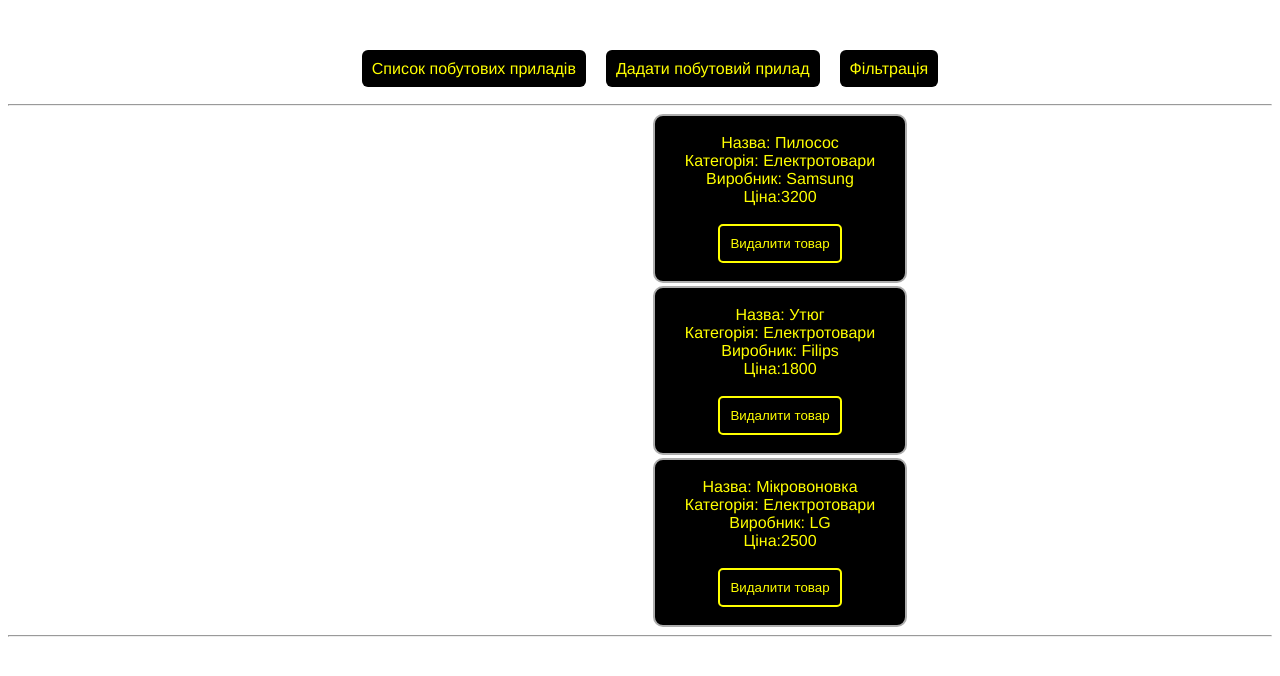
Repository: KYUUBI-K/Labs-from-2-course-
Page: /#/ (app in mkr2-v5/)
The author's editor kept a copy of each file at every save. The page is drawn from the files as they stood at one save, then again after the next save.
The browser window is 1280 px wide. The pictures show the whole page.
The project was rebuilt for these pictures with package versions that can differ from the ones it lists, and the page was loaded fresh each time. Also part of the build but not shown: mkr2-v5/src/pages/AddHouseholdGoods/index.vue, mkr2-v5/src/pages/FilterHouseholdGoods/index.vue.

Above is the page before, as saved 2021-12-21 15:36:21.

After the next save:
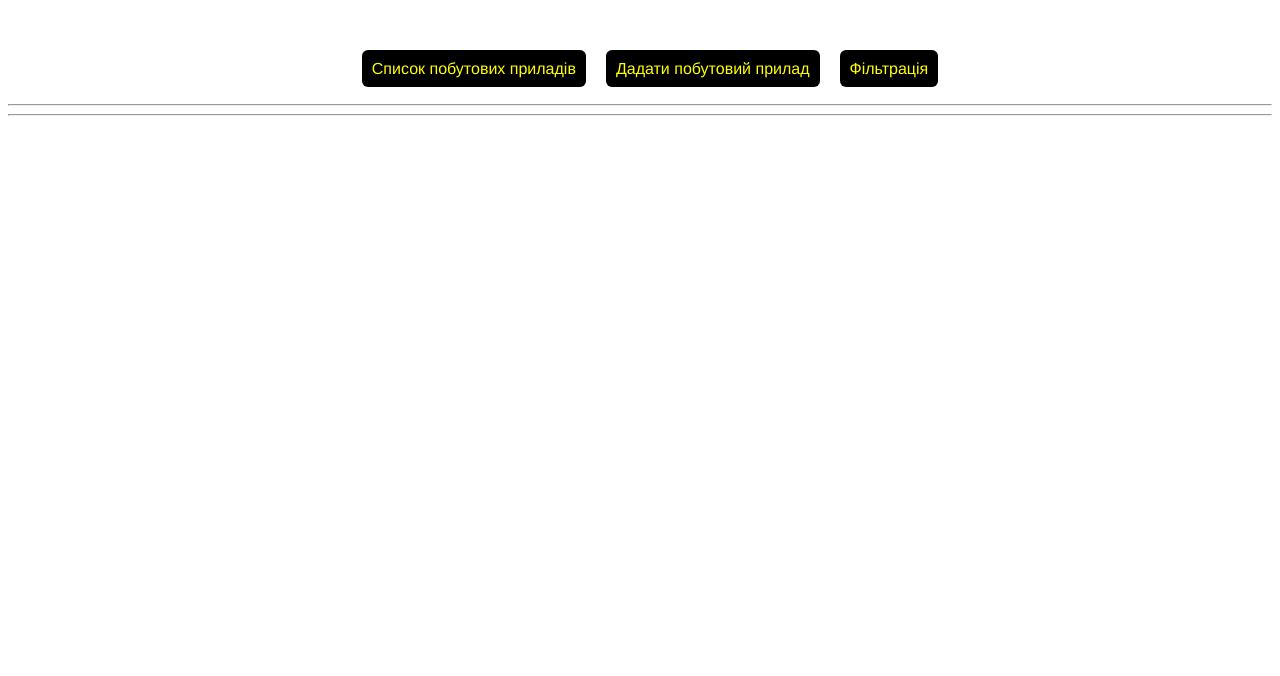
Saved 1 s later.
--- a/mkr2-v5/src/store/index.js
+++ b/mkr2-v5/src/store/index.js
@@ -5,73 +5,83 @@ Vue.use(Vuex)
 
 const store = new Vuex.Store({
     state: {
-        householdGoodsList: [
+        personList: [
             {
-                name: 'Пилосос',
-                category: 'Електротовари',
-                producer: "Samsung",
-                price: 3200
+                name: 'ПІБ',
+                addres: 'Адрес',
+                course: "Курс",
+                group: 'Група',
+                averageMark: 'Середній бал'
             },
             {
-                name: 'Утюг',
-                category: 'Електротовари',
-                producer: "Filips",
-                price: 1800
+                name: 'Дутка А.А.',
+                addres: 'с.Соломоново',
+                course: "2",
+                group: '2',
+                averageMark: '69'
             },
             {
-                name: 'Мікровоновка',
-                category: 'Електротовари',
-                producer: "LG",
-                price: 2500
+                name: 'Боднар Є.О.',
+                addres: 'м.Чоп',
+                course: "2",
+                group: '2',
+                averageMark: '79'
             },
         ],
     },
     getters: {
-        getHouseholdGoodsList: ({ householdGoodsList }) => householdGoodsList,
+        getPersonList: ({ personList }) => personList,
     },
     mutations: {
-        addNewHouseholdGoods(state, dataObj) {
-            state.householdGoodsList.push({
+        addNewPerson(state, dataObj) {
+            state.personList.push({
                 ...dataObj
             })
         },
-        delHouseholdGoods(state, name, category, producer, price) {
-            state.householdGoodsList = state.householdGoodsList.filter(item=>(item.name != name))
-            state.householdGoodsList = state.householdGoodsList.filter(item=>(item.category != category))
-            state.householdGoodsList = state.householdGoodsList.filter(item=>(item.producer != producer))
-            state.householdGoodsList = state.householdGoodsList.filter(item=>(item.price != price))
+        delPerson(state, name) {
+            state.personList = state.personList.filter(item=>(item.name != name))
+            // state.personList = state.personList.filter(item=>(item.addres != addres))
+            // state.personList = state.personList.filter(item=>(item.course != course))
+            // state.personList = state.personList.filter(item=>(item.group != group))
+            // state.personList = state.personList.filter(item=>(item.averageMark != averageMark))
         },
         filterNameMutation(state, name) {
-            state.householdGoodsList = state.householdGoodsList.filter(item=>(item.name === name))
+            state.personList = state.personList.filter(item=>(item.name === name))
         },
-        filterСategoryMutation(state, category) {
-            state.householdGoodsList = state.householdGoodsList.filter(item=>(item.category === category))
+        filterAddresMutation(state, addres) {
+            state.personList = state.personList.filter(item=>(item.addres === addres))
         },
-        filterProducerMutation(state, producer) {
-            state.householdGoodsList = state.householdGoodsList.filter(item=>(item.producer === producer))
+        filterCourseMutation(state, course) {
+            state.personList = state.personList.filter(item=>(item.course === course))
         },
-        filterPriceMutation(state, price) {
-            state.householdGoodsList = state.householdGoodsList.filter(item=>(item.price === price))
+        filterGroupMutation(state, group) {
+            state.personList = state.personList.filter(item=>(item.group === group))
+        },
+        filterAverageMarkMutation(state, averageMark) {
+            state.personList = state.personList.filter(item=>(item.averageMark === averageMark))
         },
     },
     actions: {
-        addHouseholdGoods({commit}, data) {
-            commit('addNewHouseholdGoods', data)
+        addPerson({commit}, data) {
+            commit('addNewPerson', data)
         },
-        delateHouseholdGoods({commit}, data) {
-            commit('delHouseholdGoods', data)
+        deletePerson({commit}, data) {
+            commit('delPerson', data)
         },
         filterNameAction({commit}, data) {
             commit('filterNameMutation', data)
         },
-        filterСategoryAction({commit}, data) {
-            commit('filterСategoryMutation', data)
+        filterAddresAction({commit}, data) {
+            commit('filterAddresMutation', data)
         },
-        filterProducerAction({commit}, data) {
-            commit('filterProducerMutation', data)
+        filterCourseAction({commit}, data) {
+            commit('filterCourseMutation', data)
         },
-        filterPriceAction({commit}, data) {
-            commit('filterPriceMutation', data)
+        filterGroupAction({commit}, data) {
+            commit('filterGroupMutation', data)
+        },
+        filterAverageMarkAction({commit}, data) {
+            commit('filterAverageMarkMutation', data)
         },
 
     }
